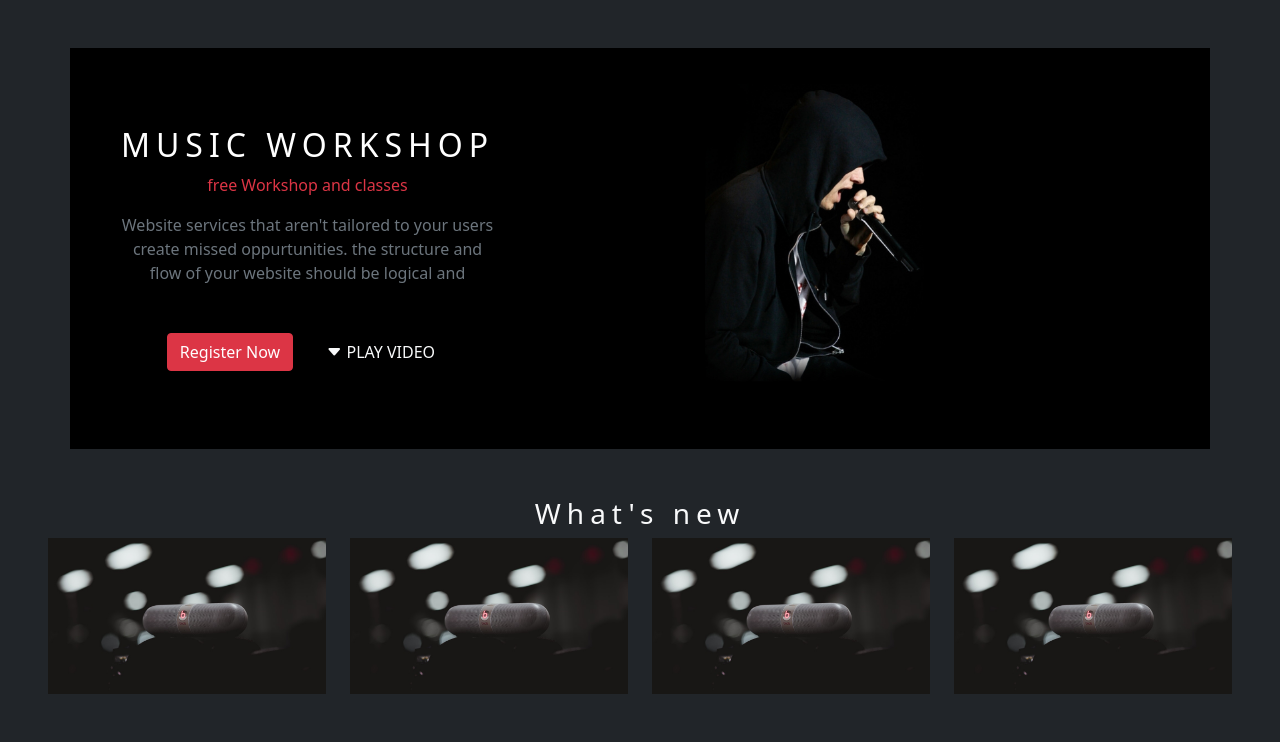
Repository: Eugene44-hub/music-workshop-site
Page: index.html
An editor plug-in stored every save of this project. The page is shown before and after the next save, followed by the edit.
The browser window is 1280 px wide. The pictures show the whole page.
Some web libraries are served in a nearby version.

Above is the page before, as saved 2021-10-22 16:23:19.

### index.html
<!DOCTYPE html>
<html lang="en">

<head>
    <meta charset="UTF-8">
    <meta http-equiv="X-UA-Compatible" content="IE=edge">
    <meta name="viewport" content="width=device-width, initial-scale=1.0">
    <title>Document</title>
    <link rel="stylesheet" href="style.css">
    <!-- CSS only -->
    <link href="https://cdn.jsdelivr.net/npm/bootstrap@5.1.3/dist/css/bootstrap.min.css" rel="stylesheet" integrity="sha384-1BmE4kWBq78iYhFldvKuhfTAU6auU8tT94WrHftjDbrCEXSU1oBoqyl2QvZ6jIW3" crossorigin="anonymous">
    <link rel="stylesheet" href="https://cdn.jsdelivr.net/npm/bootstrap-icons@1.6.1/font/bootstrap-icons.css">
</head>

<body class="bg-dark p-md-5 p-3">
    <!-- registeration starts  -->
    <section id="registration">
        <div class="container">
            <div class="row text-white bg-black align-items-center" id="regImg">
                <div id="regText" class="col-lg-5 text-center p-5">
                    <h2 id="musicheader" class="text-uppercase fs-2">
                        music workshop </h2>
                    <p class="text-danger"> free Workshop and classes</p>
                    <p class="text-secondary">Website services that aren't tailored to your users create missed oppurtunities. the structure and flow of your website should be logical and</p>
                    <div class="mt-5">
                        <button class="btn btn-danger mx-2">Register Now</button>
                        <button class="btn text-light mx-2"><i class="bi bi-caret-down-fill"></i> PLAY VIDEO</button>
                    </div>
                </div>
                <div class="col-md"> <img src="images/eminem.jpg" alt="" class="img-fluid"></div>

            </div>
        </div>
    </section>
    <!-- registeration ends  -->

    <!-- whats new starts -->
    <section>
        <h2 id="new" class='text-center text-light fs-3 mt-5'>What's new</h2>
        <div class="row">
            <div class="col-md">
                <img src="images/speaker.jpg" class="img-fluid" alt="">
            </div>
            <div class="col-md">
                <img src="images/speaker.jpg" class="img-fluid" alt="">
            </div>
            <div class="col-md">
                <img src="images/speaker.jpg" class="img-fluid" alt="">
            </div>
            <div class="col-md">
                <img src="images/speaker.jpg" class="img-fluid" alt="">
            </div>
        </div>
    </section>
    <!-- whats new ends -->
</body>
<!-- JavaScript Bundle with Popper -->
<script src="https://cdn.jsdelivr.net/npm/bootstrap@5.1.3/dist/js/bootstrap.bundle.min.js" integrity="sha384-ka7Sk0Gln4gmtz2MlQnikT1wXgYsOg+OMhuP+IlRH9sENBO0LRn5q+8nbTov4+1p" crossorigin="anonymous"></script>

</html>

### style.css
#musicheader,
#new {
    letter-spacing: 6px
}


/* #regImg {
    background-image: url('images/eminem.jpg');
    background-repeat: no-repeat;
    background-position-x: left;
    background-position-y: top;
    background-size: auto;
    background-size: cover;
} */

After the next save:
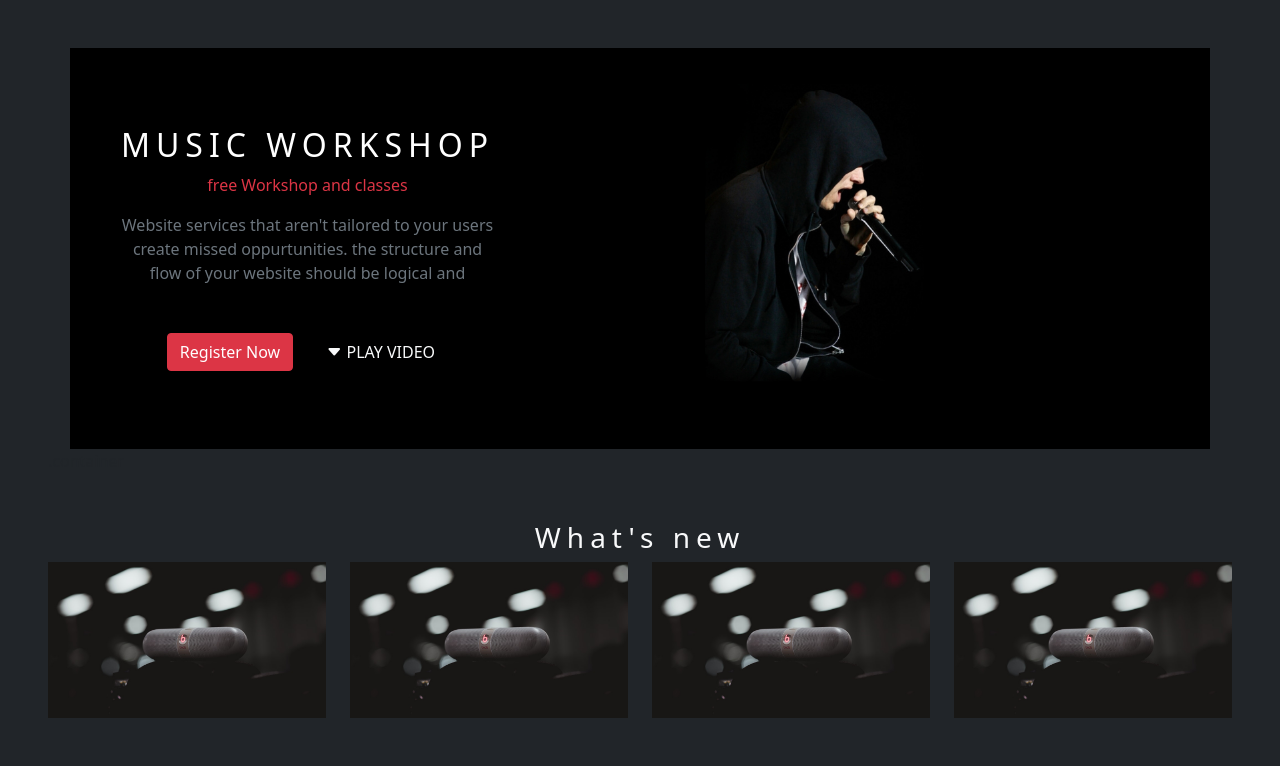
Saved 50 s later.
--- a/index.html
+++ b/index.html
@@ -36,6 +36,7 @@
 
     <!-- whats new starts -->
     <section>
+        .container
         <h2 id="new" class='text-center text-light fs-3 mt-5'>What's new</h2>
         <div class="row">
             <div class="col-md">

After the save that followed:
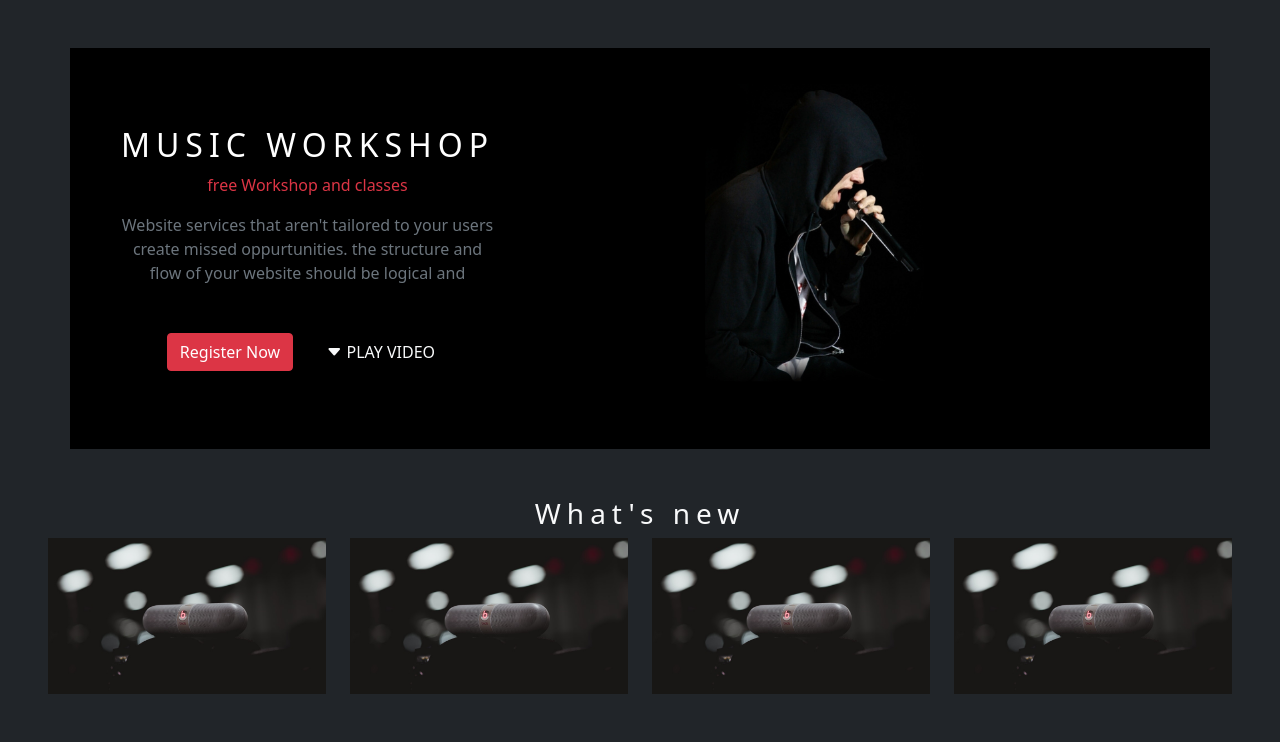
Saved 5 s later.
--- a/index.html
+++ b/index.html
@@ -36,7 +36,7 @@
 
     <!-- whats new starts -->
     <section>
-        .container
+        <div class="container"></div>
         <h2 id="new" class='text-center text-light fs-3 mt-5'>What's new</h2>
         <div class="row">
             <div class="col-md">
